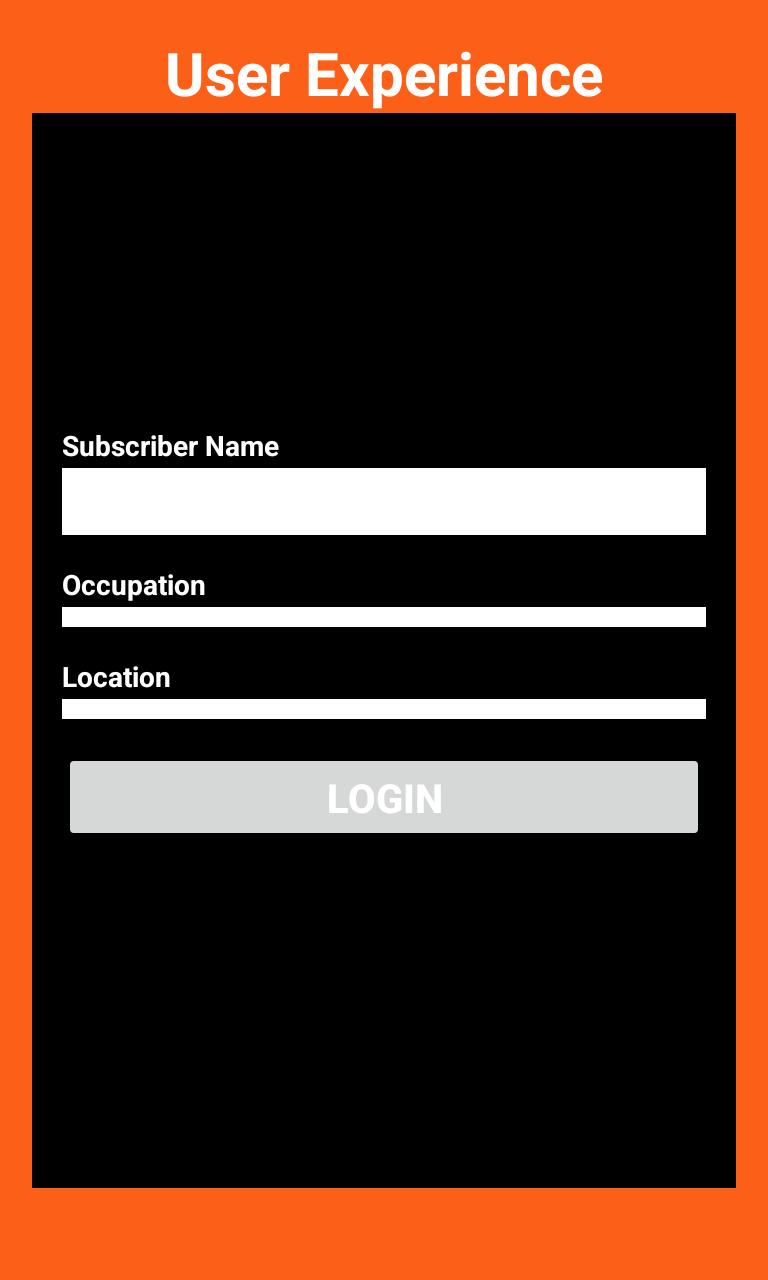
Repository: MushfiqurRahman/BLink3gApp
Layout: 3gExperience/res/layout/fragment_survey.xml
An editor plug-in stored every save of this project. The layout is shown before and after the next save, followed by the edit.
It is drawn on a 768 x 1280 px phone screen (xhdpi) without system bars, with theme AppTheme; the app's code is not run.

Above is the layout before, as saved 2014-05-20 18:01:00.

After the next save:
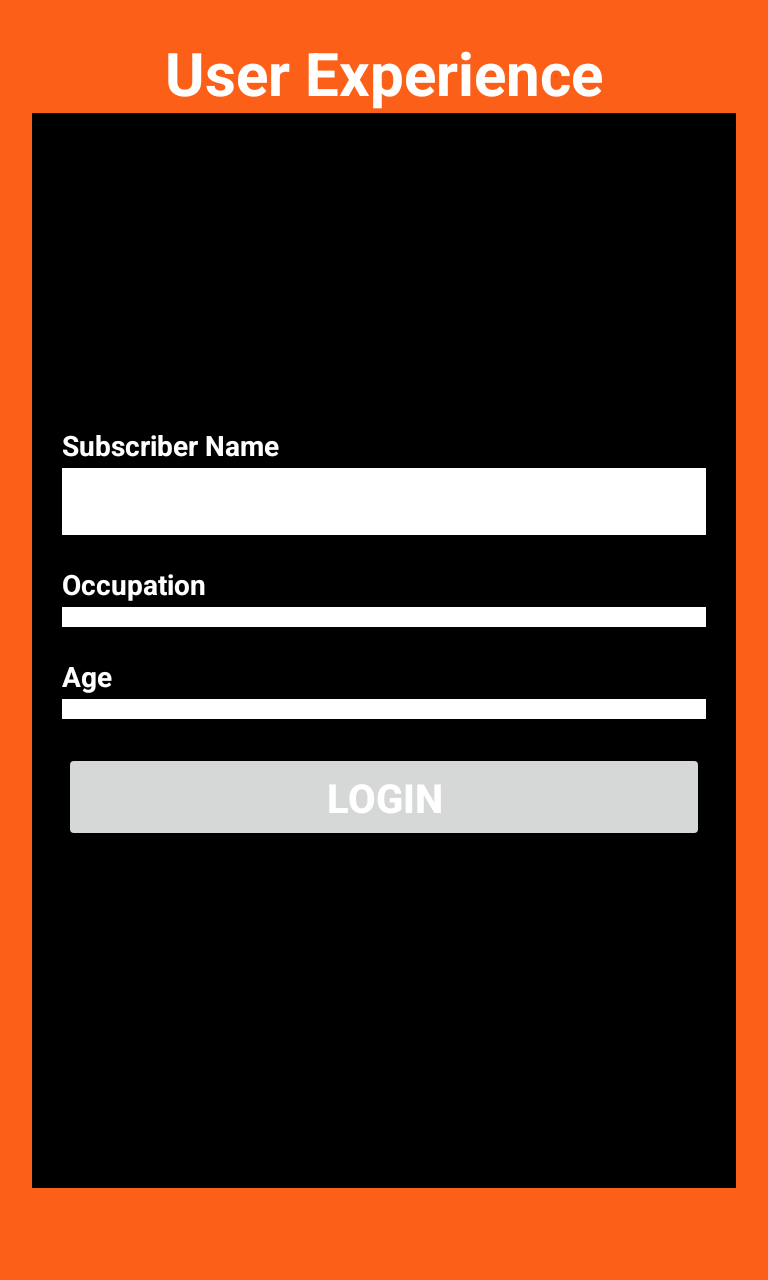
Saved 26 s later.
--- a/3gExperience/res/layout/fragment_survey.xml
+++ b/3gExperience/res/layout/fragment_survey.xml
@@ -109,7 +109,7 @@
                 android:layout_width="wrap_content"
                 android:layout_height="wrap_content"
                 android:layout_marginBottom="2dp"
-                android:text="@string/location"
+                android:text="@string/sbcr_age"
                 android:textColor="#FFFFFF"
                 android:textStyle="bold" />
         </LinearLayout>
